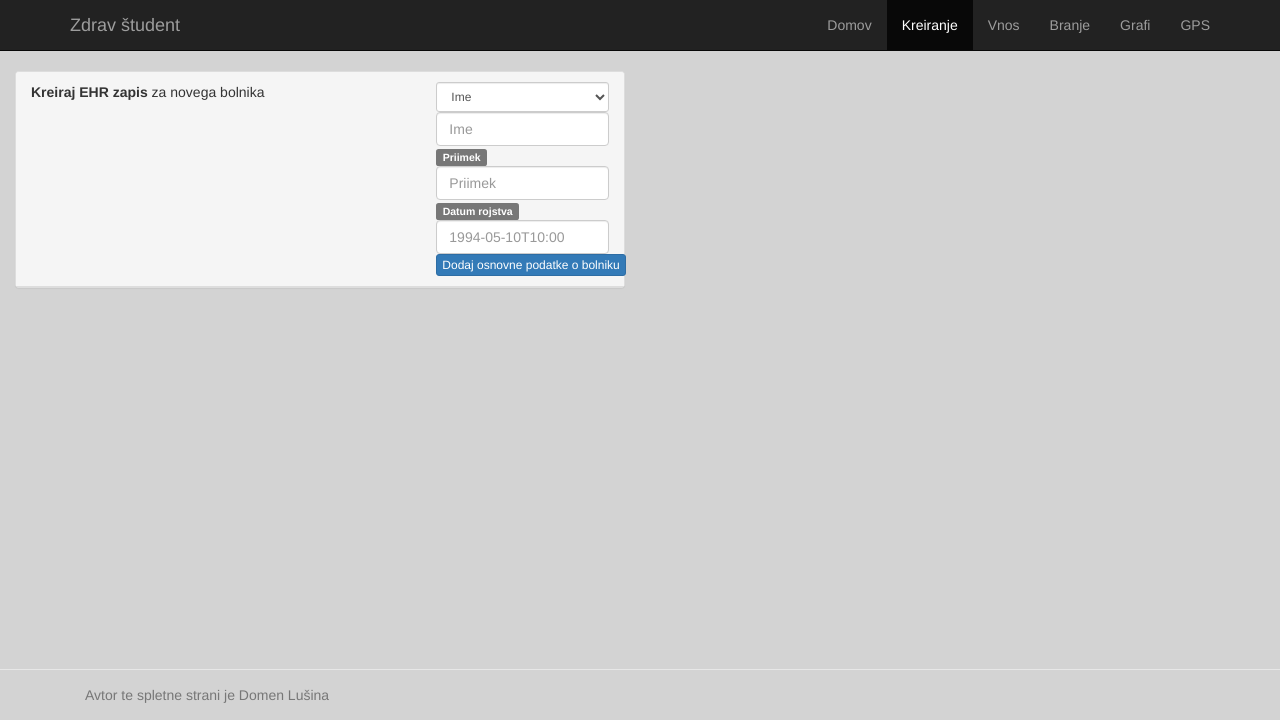
Repository: dl4184/ois-dn4
Page: ustvari.html
The author's editor kept a record of every edit. The page is drawn from the files as they stood at one moment, then again after the next edit.
The browser window is 1280 px wide. The pictures show the whole page.
Some web libraries are served in a nearby version.

Above is the page before.
Not found: css/styles.css

After the next edit:
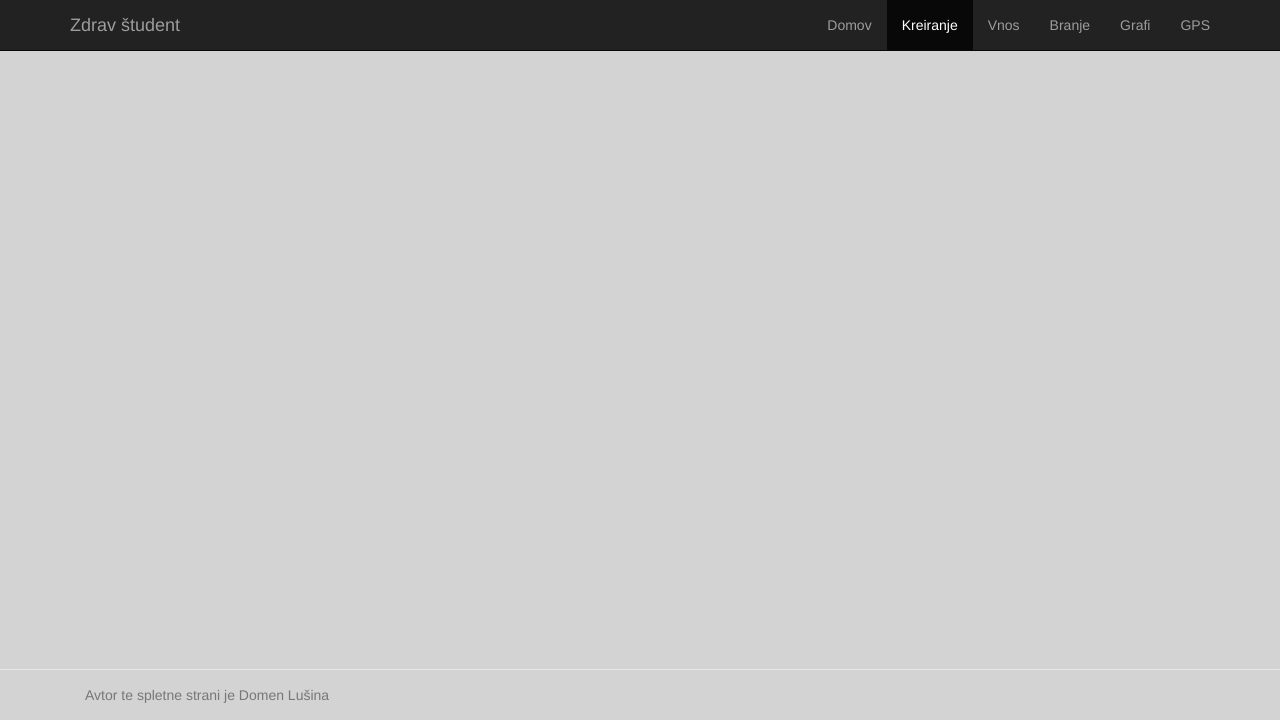
The edit:
--- a/ustvari.html
+++ b/ustvari.html
@@ -38,22 +38,7 @@
                             </div>
                     </div>
 
-                    <div class="col-lg-6 col-md-6 col-sm-6">
-                        <div class="panel panel-default">
-                            <div class="panel-heading">
-                                <div class="row">
-                                    <div class="col-lg-8 col-md-8 col-sm-8"><b>Kreiraj EHR zapis</b> za novega bolnika</div>
-                                    <div class="col-lg-4 col-md-4 col-sm-4"><select class="form-control input-sm" id="preberiPredlogoBolnika"><option value=""></div>
-                                </div>
-                            </div>
-                            <div class="panel-body">
-                                <span class="label label-default">Ime</span><input id="kreirajIme" type="text" class="form-control input-mini" placeholder="Ime">
-                                <span class="label label-default">Priimek</span><input id="kreirajPriimek" type="text" class="form-control" placeholder="Priimek">
-                                <span class="label label-default">Datum rojstva</span><input id="kreirajDatumRojstva" type="text" class="form-control" placeholder="1994-05-10T10:00">
-                                <button type="button" class="btn btn-primary btn-xs" onclick="kreirajEHRzaBolnika()">Dodaj osnovne podatke o bolniku</button><span id="kreirajSporocilo"></span>
-                            </div>
-                        </div>
-                    </div>
+
 
 
 					 <div class = "navbar navbar-default navbar-fixed-bottom" style="background-color:lightgray">
